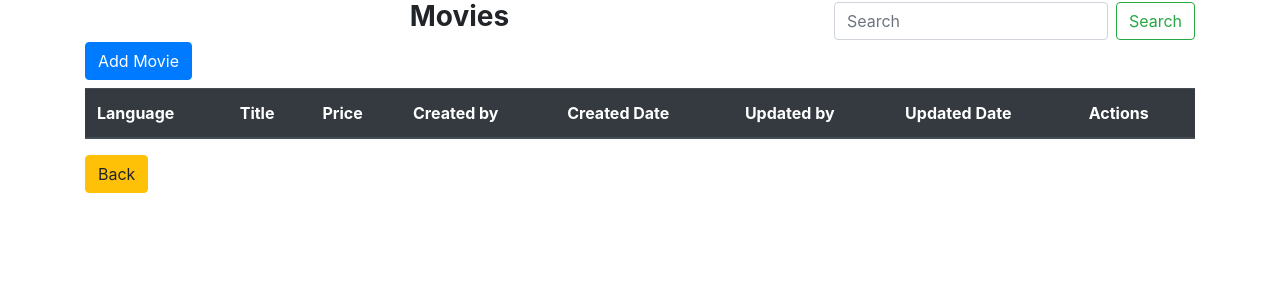
Repository: messimacky/Movie-Rental-System-Front-End
Page: /movies
An editor plug-in stored every save of this project. The page is shown before and after the next save, followed by the edit.
The browser window is 1280 px wide. The pictures show the whole page.
The page's requests for data from a server got no answer. The project was rebuilt for these pictures with package versions that can differ from the ones it lists, and the page was loaded fresh each time. No one was signed in, and anything a server would have sent is missing. Also part of the build but not shown: src/components/AddMovie.js, src/components/NotFound.js, src/components/login/Login.js, src/services/customer.service.js, src/components/AddCustomer.js, src/components/CustomerList.js, src/services/rental.service.js, src/components/RentalsList.js and 5 more.

Above is the page before, as saved 2022-05-13 15:36:57.

After the next save:
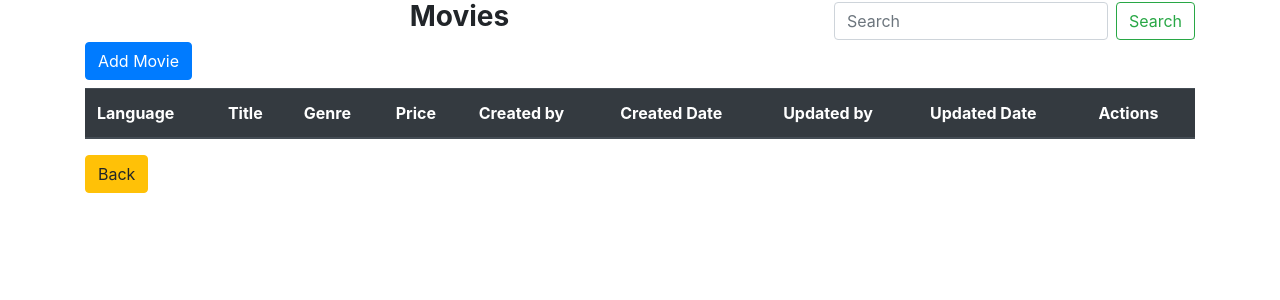
Saved 81 s later.
--- a/src/components/MoviesList.js
+++ b/src/components/MoviesList.js
@@ -56,6 +56,7 @@ const MoviesList = () => {
             <tr>
               <th>Language</th>
               <th>Title</th>
+              <th>Genre</th>
               <th>Price</th>
               <th>Created by</th>
               <th>Created Date</th>
